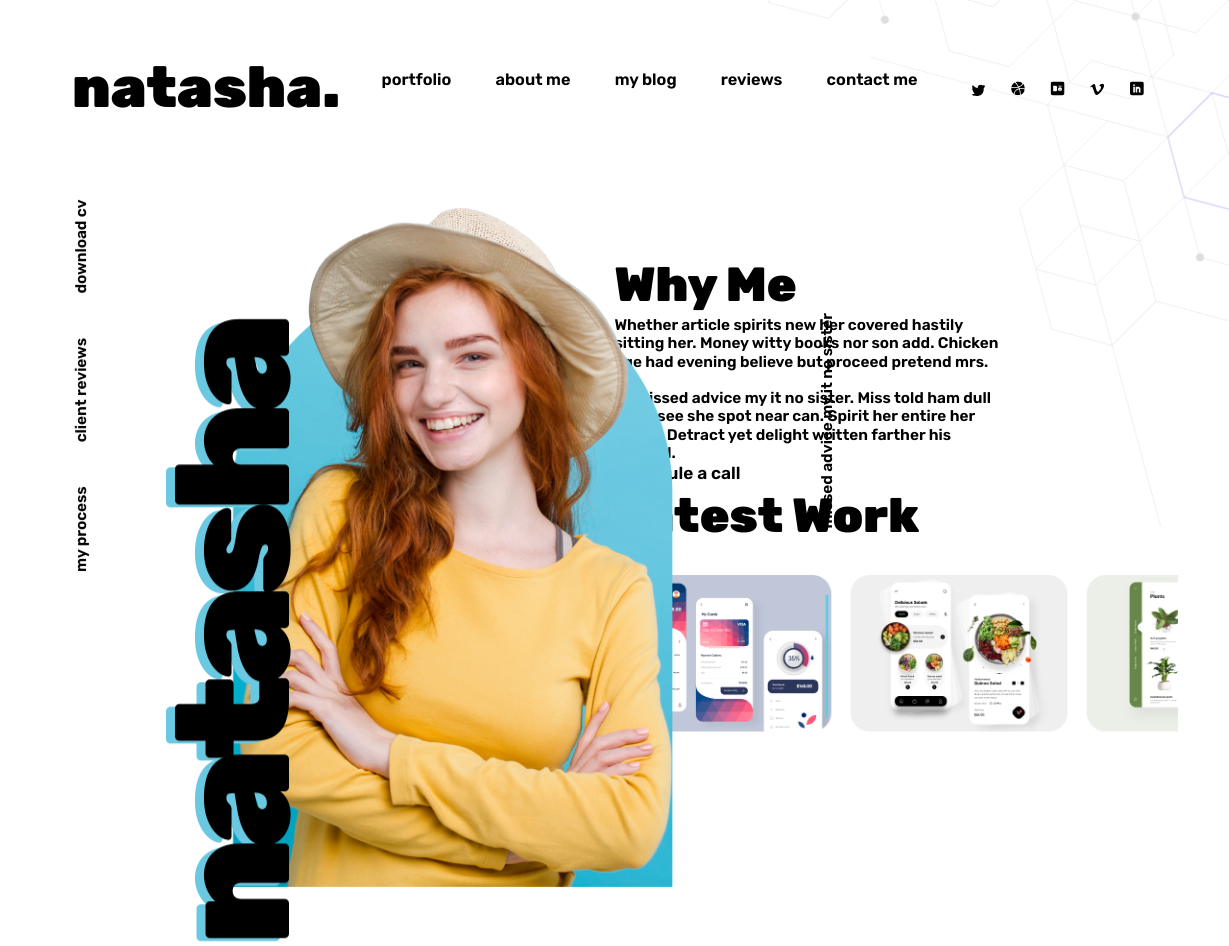
Repository: BuduCE/landing-page
Page: natasha-lp/index.html
The author's editor kept a copy of each file at every save. The page is drawn from the files as they stood at one save, then again after the next save.
The browser window is 1280 px wide. The pictures show the whole page, at 96% of full size.

Above is the page before, as saved 2022-03-07 23:56:25.

### natasha-lp/index.html
<!DOCTYPE html>
<html lang="en">

<head>
    <meta charset="UTF-8">
    <meta http-equiv="X-UA-Compatible" content="IE=edge">
    <meta name="viewport" content="width=device-width, initial-scale=1.0">
    <title>Natasha</title>

    <!--CSS-->
    <link rel="stylesheet" href="./assets/css/style.css">

    <!--Google Font-->
    <link rel="preconnect" href="https://fonts.googleapis.com">
    <link rel="preconnect" href="https://fonts.gstatic.com" crossorigin>
    <link href="https://fonts.googleapis.com/css2?family=Rubik:ital,wght@0,600;0,900;1,400&display=swap" rel="stylesheet">
</head>

<body>
    <!--Navbar menu-->
    <header>
        <div class="logo">
            <h1>natasha.</h1>
        </div>

        <nav class='nav_text'>
            <li><a href="#">portfolio</a></li>
            <li><a href="#">about me</a></li>
            <li><a href="#">my blog</a></li>
            <li><a href="#">reviews</a></li>
            <li><a href="#">contact me</a></li>
        </nav>

        <nav class='nav_icon'>
            <li><a href="">
                <svg width="15" height="12" viewBox="0 0 15 12" fill="none"
                        xmlns="http://www.w3.org/2000/svg">
                        <path
                            d="M5.32379 11.9894C4.70669 11.9894 4.07153 11.9394 3.43255 11.8393C2.30713 11.6627 1.16788 11.074 0.845509 10.8977L0 10.4354L0.915405 10.1344C1.91606 9.80538 2.52477 9.60125 3.27828 9.28159C2.52379 8.91621 1.9423 8.25895 1.66238 7.4093L1.44943 6.76281L1.62406 6.78948C1.45846 6.62258 1.32771 6.45317 1.22635 6.29911C0.865868 5.75159 0.675013 5.08256 0.715623 4.50923L0.755688 3.94494L1.09352 4.07581C0.951007 3.80667 0.848013 3.51925 0.787479 3.21799C0.639956 2.48331 0.763418 1.7028 1.13522 1.02027L1.4295 0.480042L1.82308 0.952771C3.06783 2.44804 4.64442 3.33503 6.51562 3.5947C6.43919 3.06786 6.49646 2.55942 6.68601 2.10367C6.90669 1.57302 7.29929 1.12305 7.82101 0.802307C8.40043 0.446182 9.1031 0.273618 9.79956 0.316405C10.5385 0.361805 11.2094 0.638671 11.7422 1.11761C12.0024 1.04999 12.1941 0.977812 12.4532 0.880261C12.6091 0.821578 12.7859 0.754948 13.0072 0.678736L13.8224 0.397842L13.2908 1.91619C13.3259 1.91325 13.362 1.91075 13.3998 1.90912L14.2703 1.8697L13.7558 2.57292C13.7263 2.6132 13.7188 2.62463 13.7083 2.64042C13.6668 2.70291 13.6152 2.78065 12.909 3.72371C12.7322 3.95986 12.6439 4.26742 12.6603 4.58991C12.7229 5.81539 12.5726 6.92416 12.2132 7.88529C11.8733 8.7946 11.3465 9.57479 10.6478 10.2042C9.78312 10.9829 8.68056 11.516 7.3706 11.7886C6.72803 11.9223 6.03799 11.9894 5.32379 11.9894Z"
                            fill="black" />
                    </svg>
                </a></li>
            <li><a href="">
                <svg width="15" height="15" viewBox="0 0 15 15" fill="none" xmlns="http://www.w3.org/2000/svg">
                <g clip-path="url(#clip0_1_411)">
                <path d="M11.2078 3.20502C11.6444 2.71846 11.8989 2.20904 11.9882 1.68612C10.7537 0.65237 9.16565 0 7.43325 0C6.53875 0 5.68572 0.173109 4.89661 0.475995C6.218 1.7999 7.32307 3.36746 8.18742 5.05957C9.46102 4.59904 10.5225 3.96898 11.2078 3.20502Z" fill="black"/>
                <path d="M11.83 3.76354C11.063 4.61842 9.92291 5.31369 8.56079 5.81897C8.73009 6.19023 8.88567 6.56921 9.0321 6.9531C9.73162 6.80264 10.4566 6.71706 11.196 6.71706C12.3599 6.71706 13.4907 6.91456 14.5334 7.27754C14.5344 7.22975 14.5406 7.18326 14.5406 7.13514C14.5406 5.29463 13.8314 3.6207 12.6795 2.35712C12.5095 2.84683 12.2274 3.32076 11.83 3.76354Z" fill="black"/>
                <path d="M0.433258 5.63324C1.32199 5.79034 2.30664 5.88092 3.25254 5.88092C4.71885 5.88092 6.12734 5.67276 7.38266 5.31522C6.51766 3.65326 5.40562 2.1237 4.07834 0.844543C2.27202 1.81602 0.878333 3.57389 0.433258 5.63324Z" fill="black"/>
                <path d="M14.4613 8.13842C13.4527 7.75878 12.3426 7.55322 11.196 7.55322C10.5532 7.55322 9.92193 7.62062 9.31311 7.74364C9.93119 9.59722 10.2888 11.6007 10.3499 13.6372C12.5243 12.6535 14.1138 10.5815 14.4613 8.13842Z" fill="black"/>
                <path d="M0.270294 7.13516C0.270294 9.33397 1.33018 11.3302 2.9034 12.6348C3.07009 11.5259 3.57003 10.435 4.3843 9.522C5.35284 8.43609 6.69688 7.62292 8.21893 7.15879C8.07729 6.79341 7.92258 6.43522 7.75927 6.08203C6.39922 6.48541 4.86737 6.71709 3.25256 6.71709C2.26464 6.71709 1.23655 6.6227 0.304589 6.45895C0.283468 6.68182 0.270294 6.90697 0.270294 7.13516V7.13516Z" fill="black"/>
                <path d="M5.00854 10.0784C4.18601 11.0008 3.74039 12.0826 3.68323 13.1893C4.77338 13.87 6.05602 14.2703 7.43327 14.2703C8.15738 14.2703 8.85603 14.1601 9.51482 13.9579C9.48281 11.8762 9.13333 9.82941 8.49794 7.94547C7.10708 8.36256 5.88367 9.09713 5.00854 10.0784Z" fill="black"/>
                </g>
                <defs>
                <clipPath id="clip0_1_411">
                <rect width="14.2703" height="14.2703" fill="white" transform="translate(0.270264)"/>
                </clipPath>
                </defs>
                </svg>
                </a></li>
            <li><a href="">
                <svg width="15" height="15" viewBox="0 0 15 15" fill="none" xmlns="http://www.w3.org/2000/svg">
                <path d="M12.6926 0H2.6309C1.47836 0 0.540527 0.937837 0.540527 2.09037V12.1799C0.540527 13.3324 1.47836 14.2703 2.6309 14.2703H12.6926C13.8451 14.2703 14.8108 13.3324 14.8108 12.1799V2.09037C14.8108 0.937837 13.8451 0 12.6926 0ZM8.51181 4.20861H11.8564V5.04476H8.51181V4.20861ZM7.25759 8.38936C7.25759 9.31163 6.50756 10.0617 5.58529 10.0617H3.07684V4.20861H5.58529C6.50756 4.20861 7.25759 4.95864 7.25759 5.88091C7.25759 6.38282 7.03091 6.82844 6.6798 7.13514C7.03091 7.44183 7.25759 7.88745 7.25759 8.38936ZM12.2745 8.38936H9.00131C9.17398 8.87602 9.63909 9.22551 10.1841 9.22551C10.6304 9.22551 11.0468 8.98501 11.2709 8.59796L11.9943 9.0169C11.6217 9.66111 10.9279 10.0617 10.1841 10.0617C9.03157 10.0617 8.09374 9.12382 8.09374 7.97128C8.09374 6.81875 9.03157 5.88091 10.1841 5.88091C11.3366 5.88091 12.2745 6.81875 12.2745 7.97128V8.38936Z" fill="black"/>
                </svg></a></li>
            <li><a href="">
                <svg width="16" height="13" viewBox="0 0 16 13" fill="none" xmlns="http://www.w3.org/2000/svg">
                    <path d="M0.810791 3.15084L1.0048 3.873L1.0195 3.86318C1.41515 3.6005 1.72805 3.39302 2.0796 3.39302C2.39371 3.39302 2.69431 3.5621 2.91815 3.89514C4.13612 5.70587 5.07809 12.0026 7.35725 12.0026C9.60669 12.0026 15.256 5.13731 15.0769 2.03947C14.9879 0.500584 13.8877 0.27063 13.2396 0.27063C11.9917 0.27063 10.7478 1.04274 10.12 2.51945C11.1915 2.34731 11.9507 2.94903 11.8691 4.05103C11.7748 5.30269 9.6792 8.53689 8.70402 8.53689C7.03695 8.53689 6.25698 2.90496 5.69922 1.19536C5.55953 0.76861 5.15561 0.503421 4.64434 0.503421C4.28136 0.503421 3.90563 0.642942 3.58587 0.896678C2.84912 1.48095 2.098 2.08201 1.36899 2.6881L0.810791 3.15084Z" fill="black"/>
                    </svg>
            </a></li>
            <li><a href="">
                <svg width="15" height="15" viewBox="0 0 15 15" fill="none" xmlns="http://www.w3.org/2000/svg">
                    <path d="M12.261 0H2.17143C1.01889 0 0.0810547 0.937837 0.0810547 2.09037V12.1799C0.0810547 13.3324 1.01889 14.2703 2.17143 14.2703H12.261C13.4135 14.2703 14.3513 13.3324 14.3513 12.1799V2.09037C14.3513 0.937837 13.4135 0 12.261 0ZM5.12582 11.3159H3.45352V5.46284H5.12582V11.3159ZM5.12582 4.62669H3.45352V2.95439H5.12582V4.62669ZM10.9789 11.3159H9.30656V7.97128C9.30656 7.51031 8.93138 7.13514 8.47041 7.13514C8.00944 7.13514 7.63426 7.51031 7.63426 7.97128V11.3159H5.96197V5.46284H7.63426V5.77803C8.07237 5.64183 8.35697 5.46284 8.88849 5.46284C10.0226 5.46404 10.9789 6.48146 10.9789 7.68386V11.3159Z" fill="black"/>
                    </svg>
            </a></li>
        </nav>
    </header>

    <nav class="side_nav">
        <li><a href="">my process</a></li>
        <li><a href="">client reviews</a></li>
        <li><a href="">download cv</a></li>
    </nav>

    <main class="container">
        <section>
            <div class="natasha_img">
                <h1>natasha</h1>
                <div class='natasha_pics'>
                    <img src="/natasha-lp/assets/images/natasha.png" alt="">
                </div>
            </div>

            <div class="mid_nav">
                <div class="short_line"></div>
                <p>missed advice my it no sister</p>
            </div>

            <div class="natasha_info">
                    <h1 class="natasha_text_header">Why Me</h1>

                    <p>Whether article spirits new her covered hastily sitting her. Money witty books nor son add. Chicken age had evening believe but proceed pretend mrs.</p>
                    <br>
                    <p>At missed advice my it no sister. Miss told ham dull knew see she spot near can. Spirit her entire her called. Detract yet delight written farther his general.</p>

                    <a href="#"><div class="call_link">Schedule a call</div></a>

                    <h1 class="natasha_text_header">Latest Work</h1>

                    <div class="natasha_info_img">
                        <img src="./assets/images/latest work1.png" alt="">
                        <img src="./assets/images/latest work2.png" alt="">
                        <img src="./assets/images/latest work3.png" alt="">
                    </div>

                    <a href="#"><div class="view_all">view all</div></a>
            </div>
        </section>
    </main>
</body>

</html>

### natasha-lp/assets/css/style.css
/*Reset*/
* {
    margin: 0;
    padding: 0;
    box-sizing: border-box;
}

body {
    font-family: 'Rubik', sans-serif;
    background: url(/natasha-lp/assets/images/bg.png);
    background-repeat: no-repeat;
    background-position: top right;
    position: relative;
}

a {
    text-decoration: none;
}

li {
    list-style: none;
}

header {
    display: flex;
    justify-content: space-between;
    padding: 4.5rem 4.688rem;
    padding-bottom: 5.875px;
}

.logo {
    font-weight: 900;
    font-size: 1.875rem;
    line-height: 2.375rem;
}

.nav_text,.nav_icon {
    display: flex;
}

.nav_text li {
    padding: 0 1.438rem;
    padding-bottom: 0.438rem;
}

.nav_text li:hover {
    border-bottom: 0.125rem solid #000000;
}

.nav_text li a {
    color: black;
    font-weight: 400;
    font-size: 1.063rem;
    line-height: 1.375rem;
}

.nav_icon li {
    padding: 0.813rem;
}

.container {
    margin-top: 5.875rem;
}

.side_nav {
    position: fixed;
    bottom: 6.313rem;
    left: 0;
    display: flex;
    writing-mode: vertical-rl;
    transform: rotate(180deg);
}

.side_nav li {
    padding: 1.438rem 4.65rem;
}

.side_nav li a {
    color: #000000;
}

.container section {
    padding: 0 15.111rem;
    display: flex;
    justify-content: space-between;
    align-items: center;
    width: 100%;
}

.natasha_img {
    position: relative;
    width: 50%;
}

.natasha_i {
    width: 50%;
    position: relative;
}
.natasha_pics {
    width: 28.599rem;
    height: 40.001rem;
}

.natasha_img h1 {
    position: absolute;
    left: -6.5rem;
    bottom: -8rem;/*3.611rem*/
    writing-mode: vertical-rl;
    transform: rotate(180deg);
    font-weight: 900;
    font-size: 10.452rem;
    line-height: 13.25rem;
    letter-spacing: -0.7rem;
    text-shadow: -3px -9px 0 #6bc8e1;
}

.mid_nav {
    display: flex;
    writing-mode: vertical-rl;
    transform: rotate(180deg);
    /* padding: 150px; */
    position: absolute;
    left: 0;
    align-items: center;
    left: 53.25rem;
}

.short_line {
    width: 3px;
    height: 128px;
    background:#6bc8e1;
    margin-bottom: 4.313rem;
}

.natasha_text_header{
    font-weight: 900;
    font-size: 3.125rem;
    line-height: 3.938rem;
}

.natasha_text a{
    text-decoration: none;
    color: #000000;
}

.call_link{
    font-weight: 600;
    font-size: 1.125rem;
    line-height: 1.563rem;
    color: #000000;
}

.natasha_info p{
    width: 25.375rem;
}

.natasha_info_img{
    display: flex;
    margin-top: 1.875rem;
}

.natasha_info_img img{
    padding-right: 1.25rem;
}

.view_all{
    margin-top: 1.625rem;
    color: #6BC8E1;
}

After the next save:
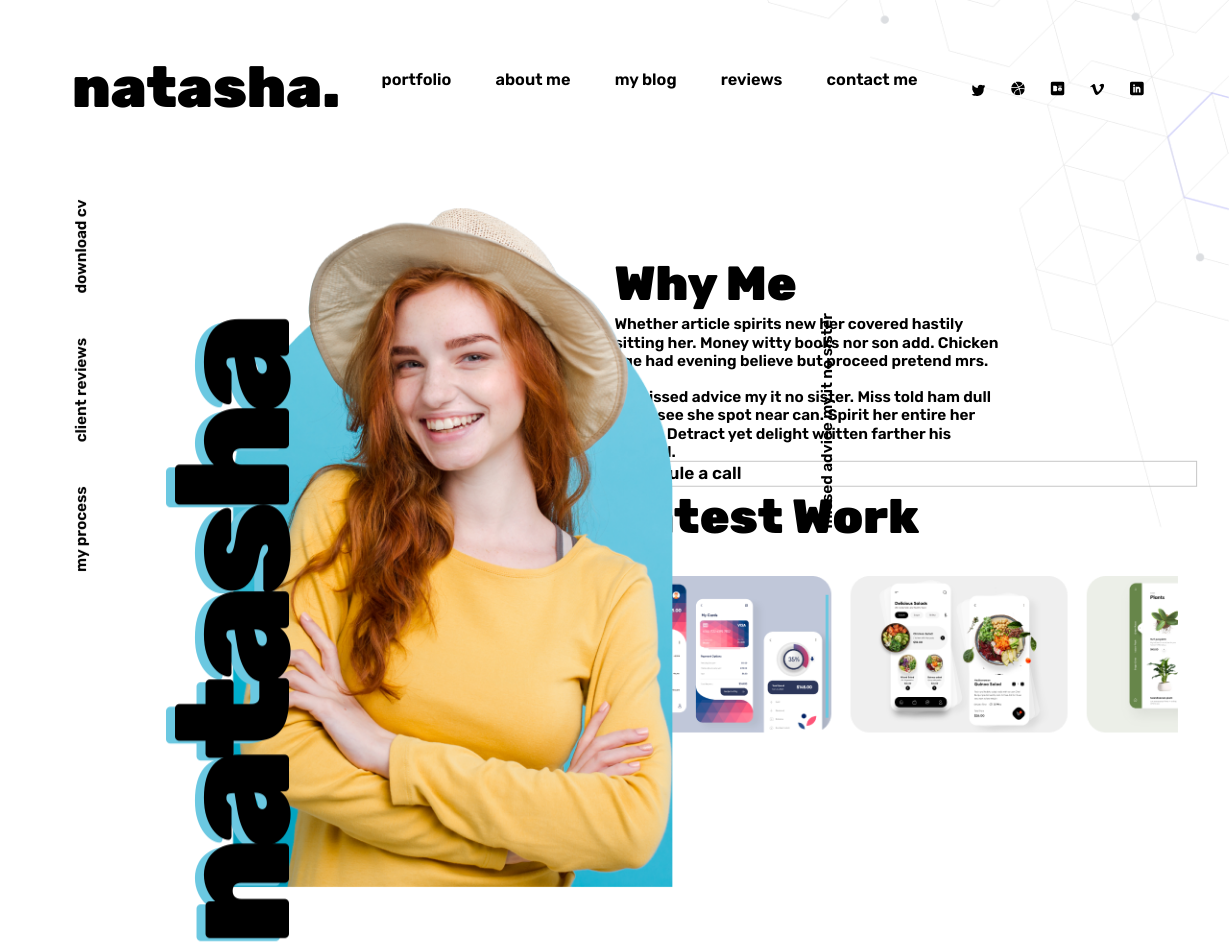
Saved 5 s later.
--- a/natasha-lp/assets/css/style.css
+++ b/natasha-lp/assets/css/style.css
@@ -148,6 +148,8 @@ header {
     font-size: 1.125rem;
     line-height: 1.563rem;
     color: #000000;
+    border: 0.063rem solid #C4C4C4;
+    box-sizing: border-box;
 }
 
 .natasha_info p{
